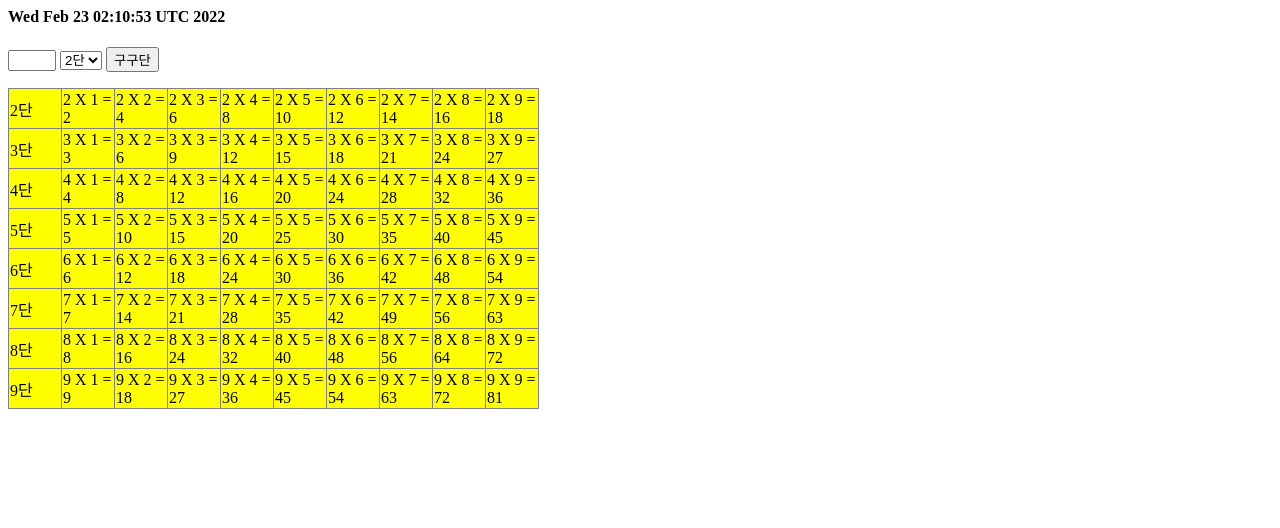
Repository: JavaJin96/kr.or.ddit.WebApp
Page: http://localhost/webStudy01/model2/gugudan.do
An editor plug-in stored every save of this project. The page is shown before and after the next save, followed by the edit.
The browser window is 1280 px wide. The pictures show the whole page.
The page is served by Tomcat 9. Other server files are loaded and not shown.

Above is the page before, as saved 2022-02-28 03:20:55.

### 6.JspSpring/workspace/webStudy01/webapp/WEB-INF/views/gugudan.jsp
<%@ page contentType="text/html; charset=utf-8"%>
<html>
<style type="text/css">
      table{
         background-color: yellow;
         border-collapse: collapse;
      }
      tr{
      	height : 40px;
      }
      td{
      	width : 50px;
      }
   </style>
<body>
	<h4><%=request.getAttribute("now")%></h4>
	<form method="post">
		<input type="number" name="minDan" min="2" max="9">
		<select name="maxDan">
		<%
			for(int i = 2; i <= 9; i++){
		%>
			<option value="<%=i%>"><%=i%>단</option>
		<% 	} %>
		</select>
		<input type="submit" value="구구단">
	</form>
	<table border="1">
		<%=request.getAttribute("gugudan")%>
	</table>
</body>
</html>

### 6.JspSpring/workspace/webStudy01/src/kr/or/ddit/servlet03/Model2GugudanServlet.java
package kr.or.ddit.servlet03;

import java.io.IOException;
import java.util.Calendar;

import javax.servlet.ServletException;
import javax.servlet.annotation.WebServlet;
import javax.servlet.http.HttpServlet;
import javax.servlet.http.HttpServletRequest;
import javax.servlet.http.HttpServletResponse;


@WebServlet("/model2/gugudan.do")
public class Model2GugudanServlet extends HttpServlet{

	@Override
	protected void doGet(HttpServletRequest req, HttpServletResponse resp) throws ServletException, IOException {
		Calendar now = Calendar.getInstance();

		resp.setContentType("text/html; charset=utf-8");
		StringBuffer html = new StringBuffer();

		for(int i = 2; i <= 9; i ++) {
			html.append(String.format("<tr><td> %d단 </td>", i));
			for(int j = 1; j <= 9; j ++) {
				html.append(String.format("<td> %d %s %d %s %d </td> ",
						i,"X",j,"=",i*j));
			}
			html.append("</tr>\n");
		}


		req.setAttribute("now", String.format("%tc", now));
		req.setAttribute("gugudan", html);
		String goPage = "/WEB-INF/views/gugudan.jsp";
		req.getRequestDispatcher(goPage).forward(req, resp);
	}
}

After the next save:
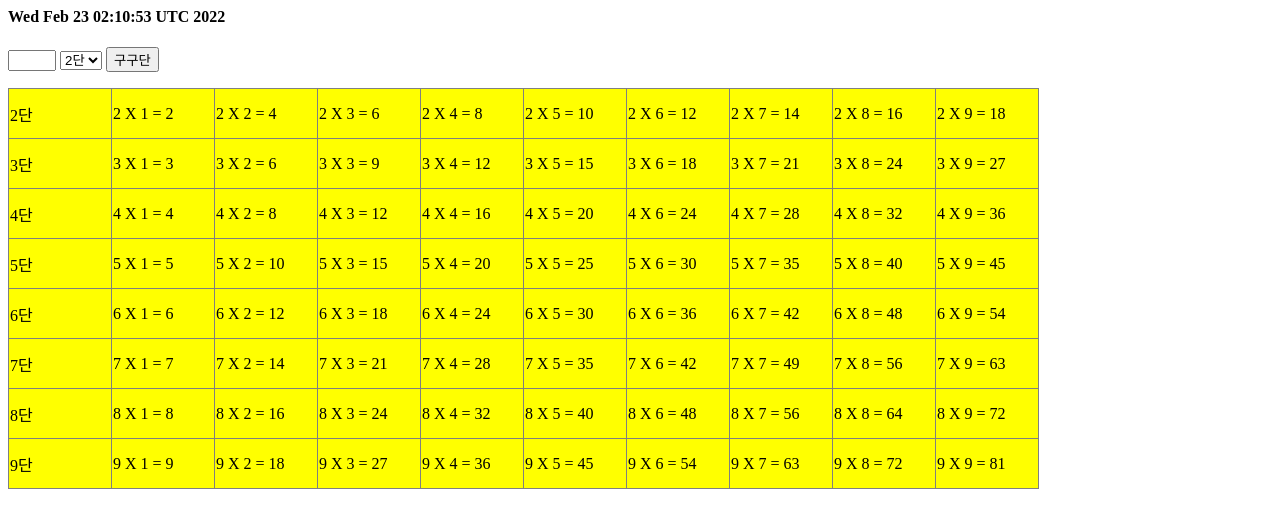
Saved 100 s later.
--- a/6.JspSpring/workspace/webStudy01/webapp/WEB-INF/views/gugudan.jsp
+++ b/6.JspSpring/workspace/webStudy01/webapp/WEB-INF/views/gugudan.jsp
@@ -6,10 +6,10 @@
          border-collapse: collapse;
       }
       tr{
-      	height : 40px;
+      	height : 50px;
       }
       td{
-      	width : 50px;
+      	width : 100px;
       }
    </style>
 <body>
